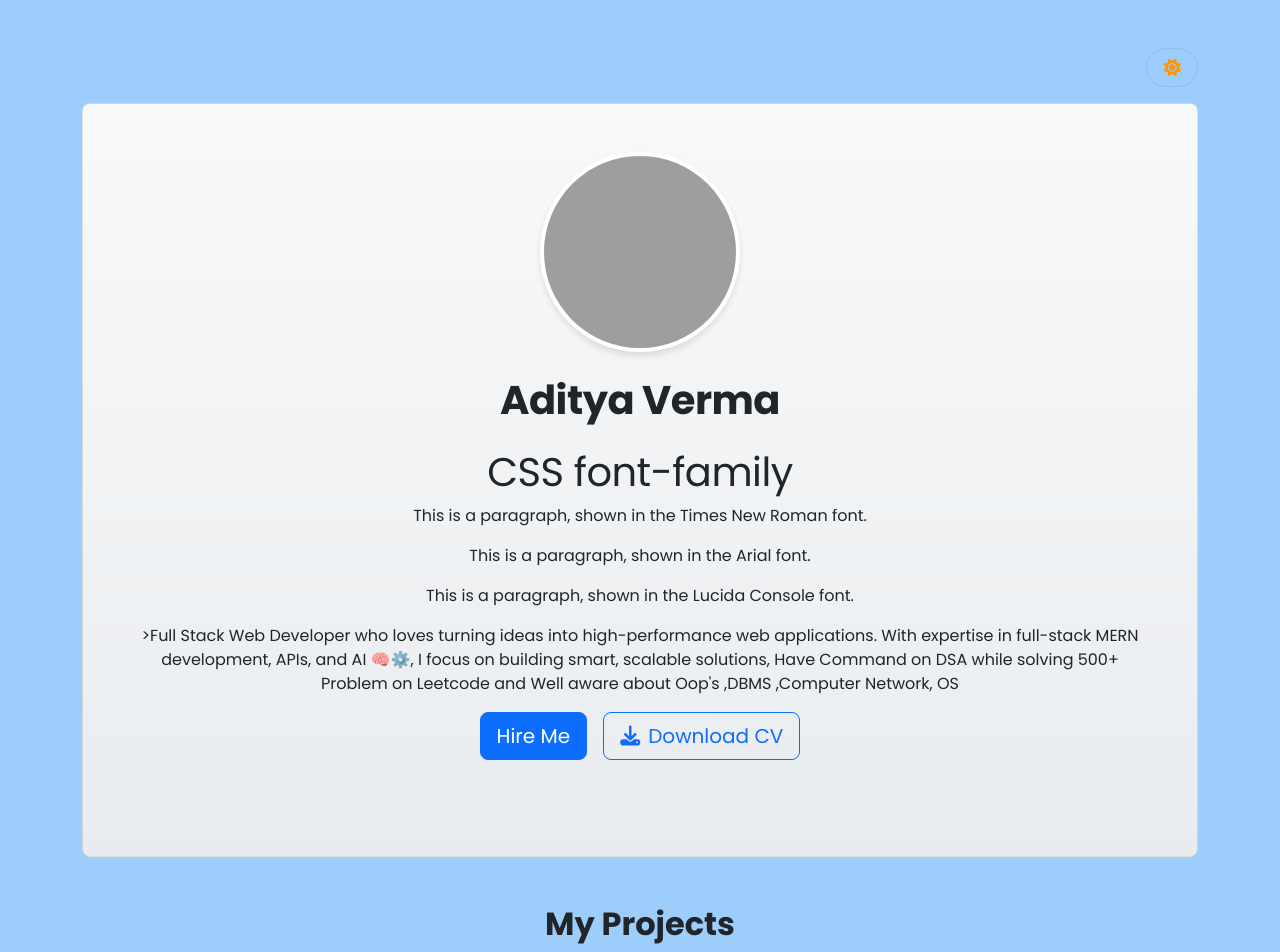
Repository: AdityaTech-Pro/Portfolio-Aditya-Verma
Page: Aditya Portfolio/index.html
An editor plug-in stored every save of this project. The page is shown before and after a run of saves, followed by the edit.
The browser window is 1280 px wide. The pictures show the part of the page from y = 0 to 952 px (the page is 5135 px tall before and 4959 px after).
Pictures or frames that could not be fetched are drawn as grey boxes.

Above is the page before, as saved 2026-01-07 23:18:46.

### Aditya Portfolio/index.html
<!DOCTYPE html>
<html lang="en">

<head>
    <meta charset="UTF-8">
    <meta name="viewport" content="width=device-width, initial-scale=1.0">
    <title>My Portfolio - Bootstrap Utilities</title>
    <!-- Bootstrap CSS -->
    <link href="https://cdn.jsdelivr.net/npm/bootstrap@5.3.2/dist/css/bootstrap.min.css" rel="stylesheet">
    <!-- Font Awesome for icons -->
    <link rel="stylesheet" href="https://cdnjs.cloudflare.com/ajax/libs/font-awesome/6.4.2/css/all.min.css">
    <!-- Google Font: Poppins -->
    <link href="https://fonts.googleapis.com/css2?family=Poppins:wght@300;400;600;700&display=swap" rel="stylesheet">
    <!-- Local custom styles -->
    <link rel="stylesheet" href="styles.css">
    <style>
        /* Custom styles to complement Bootstrap */

         :root {
            --bg: #9dcdfa;
            --card-bg: #ffffff;
            --accent: #0d6efd;
            --text: #212529;
        }

        body {
            background-color: var(--bg);
            color: var(--text);
            transition: background-color 0.3s ease, color 0.3s ease;
        }

        .profile-section {
            background: linear-gradient(to bottom, #f8f9fa, #e9ecef);
            transition: transform 0.3s ease, background 0.3s ease;
        }
        /* Top bar with theme toggle */

        .topbar {
            display: flex;
            justify-content: flex-end;
            align-items: center;
            gap: 1rem;
            margin-bottom: 1rem;
        }

        .theme-toggle {
            display: inline-flex;
            align-items: center;
            gap: 0.5rem;
            background: transparent;
            border: 1px solid rgba(0, 0, 0, 0.08);
            padding: 0.6rem 1rem;
            border-radius: 999px;
            cursor: pointer;
            color: var(--text);
            transition: all 0.3s ease;
        }

        .theme-toggle:hover {
            background: rgba(0, 0, 0, 0.05);
            transform: translateY(-1px);
        }

        .theme-toggle:active {
            transform: translateY(1px);
        }

        .theme-toggle i {
            font-size: 1.1rem;
        }

        .theme-toggle .fa-sun {
            color: #ff9500;
        }

        .theme-toggle .fa-moon {
            display: none;
            color: #6366f1;
        }

        .dark-theme .theme-toggle .fa-sun {
            display: none;
        }

        .dark-theme .theme-toggle .fa-moon {
            display: inline-block;
        }

        .btn-custom {
            transition: transform 0.3s ease;
        }

        .btn-custom:hover {
            transform: translateY(-2px);
        }

        .form-control:focus {
            box-shadow: 0 0 0 0.25rem rgba(13, 110, 253, 0.2);
        }

        .profile-img {
            width: 200px;
            height: 200px;
            object-fit: cover;
            border: 4px solid white;
            box-shadow: 0 4px 6px rgba(0, 0, 0, 0.1);
            transition: transform 0.25s ease;
        }

        .profile-img:hover {
            transform: scale(1.03);
        }
        /* Dark theme overrides */

        body.dark-theme {
            --bg: #0f1724;
            --card-bg: #111827;
            --muted: #9ca3af;
            --accent: #60a5fa;
            --text: #e6eef8;
        }

        .dark-theme .profile-section {
            background: linear-gradient(180deg, rgba(255, 255, 255, 0.02), rgba(255, 255, 255, 0.01));
        }

        .dark-theme .bg-light {
            background-color: #0b1220 !important;
            color: var(--text) !important;
            border: 1px solid rgba(255, 255, 255, 0.04);
        }

        .dark-theme .text-muted {
            color: var(--muted) !important;
        }

        .dark-theme .theme-toggle {
            border-color: rgba(255, 255, 255, 0.1);
        }

        .dark-theme .theme-toggle:hover {
            background: rgba(255, 255, 255, 0.05);
        }
        /* Small polish */

        .max-width-500 {
            max-width: 500px;
        }

        footer a {
            color: inherit;
        }

        @media (max-width: 768px) {
            .profile-img {
                width: 150px;
                height: 150px;
            }
            .topbar {
                justify-content: center;
            }
        }
        /* Project section styles */

        .project-img {
            height: 250px;
            object-fit: cover;
            border-radius: 8px;
        }

        .project-card {
            transition: transform 0.3s ease;
            background: var(--card-bg);
        }

        .project-card:hover {
            transform: translateY(-5px);
        }

        .project-links a {
            transition: opacity 0.3s ease;
        }

        .project-links a:hover {
            opacity: 0.8;
        }

        .video-container {
            position: relative;
            padding-bottom: 56.25%;
            /* 16:9 aspect ratio */
            height: 0;
            overflow: hidden;
            border-radius: 8px;
        }

        .video-container iframe {
            position: absolute;
            top: 0;
            left: 0;
            width: 100%;
            height: 100%;
            border: 0;
        }
    </style>
</head>

<body>
    <!-- Main Container -->
    <div class="container py-5">
        <!-- Top bar: theme toggle and quick actions -->
        <div class="topbar">
            <button id="themeToggle" class="theme-toggle" aria-pressed="false" aria-label="Toggle dark mode">
                <i class="fas fa-sun" aria-hidden="true"></i>
                <i class="fas fa-moon" aria-hidden="true"></i>
                <span class="visually-hidden">Toggle theme</span>
            </button>
        </div>
        <!-- Profile Section -->
        <section class="profile-section p-5 rounded-3 text-center mb-5">
            <img src="https://avatars.githubusercontent.com/u/219658559?s=400&u=7e5a78b2bf82817b3f897e4e53b1019b24af58ee&v=4" alt="Profile Picture" class="profile-img img-fluid rounded-circle mb-4">

            <h1 class="fw-bold mb-2">Aditya Verma</h1>
            <p class="text-muted fs-5 mb-4" <!DOCTYPE html>
                <html>

                <head>
                    <style>
                        .p1 {
                            font-family: &Times New Roman&, Times, serif;
                        }

                        .p2 {
                            font-family: Arial, Helvetica, sans-serif;
                        }

                        .p3 {
                            font-family: &Lucida Console&, &Courier New&, monospace;
                        }
                    </style>
                </head>

                <body>
                    <h1>CSS font-family</h1>
                    <p class=&p1&>This is a paragraph, shown in the Times New Roman font.</p>
                    <p class=&p2&>This is a paragraph, shown in the Arial font.</p>
                    <p class=&p3&>This is a paragraph, shown in the Lucida Console font.</p>
                </body>

                </html>>Full Stack Web Developer who loves turning ideas into high-performance web applications. With expertise in full-stack MERN development, APIs, and AI 🧠⚙️, I focus on building smart, scalable solutions, Have Command on DSA while solving
                500+ Problem on Leetcode and Well aware about Oop's ,DBMS ,Computer Network, OS</p>

            <!-- Action Buttons -->
            <div class="d-flex justify-content-center gap-3 mb-5">
                <button class="btn btn-primary btn-lg btn-custom">
                    Hire Me
                </button>
                <a href="./assets/Updated_Aditya_2Resume_by GLAFormat.pdf" class="btn btn-outline-primary btn-lg btn-custom" download>
                    <i class="fas fa-download me-2"></i>Download CV
                </a>
            </div>
        </section>

        <!-- Projects Section -->
        <section class="mb-5">
            <h2 class="text-center fw-bold mb-5"> My Projects</h2>

            <!--Project1-->
            <div class="card project-card mb-5">
                <div class="card-body p-4">
                    <h3 class="card-title fw-bold mb-3">AI-Based-Investor-Startup-Matchmaking-Platform</h3>

                    <!-- Project Images -->
                    <div class="row g-4 mb-4">
                        <div class="col-md-4">
                            <img src="./assets/P1a.png" alt="Project Screenshot 1" class="project-img img-fluid w-100">
                        </div>
                        <div class="col-md-4">
                            <img src="./assets/P1b.png" alt="Project Screenshot 2" class="project-img img-fluid w-100">
                        </div>
                        <div class="col-md-4">
                            <img src="./assets/P1c.png" alt="Project Screenshot 3" class="project-img img-fluid w-100">
                        </div>
                    </div>

                    <!-- Project Video -->
                    <div class="video-container mb-4">
                        <iframe src="./assets/Project (AI based S&IP).mp4" title="Project Demo " allow="accelerometer; autoplay; clipboard-write; encrypted-media; gyroscope; picture-in-picture " allowfullscreen></iframe>
                    </div>

                    <!-- Project Description -->
                    <p class="card-text mb-4 ">
                        An innovative platform that uses artificial intelligence to match investors with promising startups based on various parameters including industry focus, investment stage, funding requirements, and growth metrics.
                    </p>

                    <!-- Project Links -->
                    <div class="project-links d-flex gap-3 ">
                        <a href="http://localhost:3000 " class="btn btn-outline-primary " target="_blank ">
                            <i class="fas fa-laptop-code me-2 "></i>Live Demo
                        </a>
                        <a href="https://github.com/KS-Vijay/AI-Based-Investor-Startup-Matchmaking-Platform " class="btn btn-outline-dark " target="_blank ">
                            <i class="fab fa-github me-2 "></i>GitHub Repository
                        </a>
                    </div>
                </div>
            </div>

            <!--Project2-->
            <div class="card project-card mb-5 ">
                <div class="card-body p-4 ">
                    <h3 class="card-title fw-bold mb-3 ">Lung Cancer Detection using Convolutional Neural Network (CNN)</h3>

                    <!-- Project Images -->
                    <div class="row g-4 mb-4 ">
                        <div class="col-md-4 ">
                            <img src="./assets/P2a.png " alt="Project Screenshot 1 " class="project-img img-fluid w-100 ">
                        </div>
                        <div class="col-md-4 ">
                            <img src="./assets/P2b.png " alt="Project Screenshot 2 " class="project-img img-fluid w-100 ">
                        </div>
                        <div class="col-md-4 ">
                            <img src="./assets/P2c.png " alt="Project Screenshot 3 " class="project-img img-fluid w-100 ">
                        </div>
                    </div>

                    <!-- Project Video -->
                    <div class="video-container mb-4 ">
                        <iframe src="./assets/Project Lung Cancer Detection using Full Stack MERN and AIML CNN Model.mp4 " title="Project Demo " allow="accelerometer; autoplay; clipboard-write; encrypted-media; gyroscope; picture-in-picture " allowfullscreen></iframe>
                    </div>

                    <!-- Project Description -->
                    <p class="card-text mb-4 ">
                        An innovative platform that uses artificial intelligence to match investors with promising startups based on various parameters including industry focus, investment stage, funding requirements, and growth metrics.
                    </p>

                    <!-- Project Links -->
                    <div class="project-links d-flex gap-3 ">
                        <a href="http://localhost:3000 " class="btn btn-outline-primary " target="_blank ">
                            <i class="fas fa-laptop-code me-2 "></i>Live Demo
                        </a>
                        <a href="https://github.com/AdityaTech-Pro/Lung-Cancer-Detection-using-Convolutional-Neural-Network" class="btn btn-outline-dark " target="_blank ">
                            <i class="fab fa-github me-2 "></i>GitHub Repository
                        </a>
                    </div>
                </div>
            </div>

            <!--Project3-->
            <div class="card project-card mb-5 ">
                <div class="card-body p-4 ">
                    <h3 class="card-title fw-bold mb-3 ">Braj Museum</h3>

                    <!-- Project Images -->
                    <div class="row g-4 mb-4 ">
                        <div class="col-md-4 ">
                            <img src="./assets/P3a.png " alt="Project Screenshot 1 " class="project-img img-fluid w-100 ">
                        </div>
                        <div class="col-md-4 ">
                            <img src="./assets/P3b.png " alt="Project Screenshot 2 " class="project-img img-fluid w-100 ">
                        </div>
                        <div class="col-md-4 ">
                            <img src="./assets/P3c.png " alt="Project Screenshot 3 " class="project-img img-fluid w-100 ">
                        </div>
                    </div>

                    <!-- Project Video -->
                    <div class="video-container mb-4 ">
                        <iframe src="./assets/Braj-Museum.mp4 " title="Project Demo " allow="accelerometer; autoplay; clipboard-write; encrypted-media; gyroscope; picture-in-picture " allowfullscreen></iframe>
                    </div>

                    <!-- Project Description -->
                    <p class="card-text mb-4 ">
                        An innovative platform that uses artificial intelligence to match investors with promising startups based on various parameters including industry focus, investment stage, funding requirements, and growth metrics.
                    </p>

                    <!-- Project Links -->
                    <div class="project-links d-flex gap-3 ">
                        <a href="http://localhost:3000 " class="btn btn-outline-primary " target="_blank ">
                            <i class="fas fa-laptop-code me-2 "></i>Live Demo
                        </a>
                        <a href="https://github.com/AdityaTech-Pro/Braj-Museum " class="btn btn-outline-dark " target="_blank ">
                            <i class="fab fa-github me-2 "></i>GitHub Repository
                        </a>
                    </div>
                </div>
            </div>
        </section>

        <!-- Contact Form Section -->
        <section class="bg-light p-5 rounded-3 ">
            <h2 class="text-center fw-bold mb-4 ">Get in Touch</h2>

            <form class="max-width-500 mx-auto ">
                <div class="mb-3 ">
                    <input type="text " class="form-control form-control-lg " placeholder="Your Name " required>
                </div>

                <div class="mb-3 ">
                    <input type="email " class="form-control form-control-lg " placeholder="Your Email " required>
                </div>

                <div class="mb-4 ">
                    <textarea class="form-control form-control-lg " rows="4 " placeholder="Your Message " required></textarea>
                </div>

                <div class="text-center ">
                    <button type="submit " class="btn btn-primary btn-lg px-5 btn-custom ">
                        Send Message
                    </button>
                </div>
            </form>
        </section>

        <!-- Footer -->
        <footer class="text-center mt-5 ">
            <div class="d-flex justify-content-center gap-3 ">
                <a href="https://www.linkedin.com/in/aditya-verma-2a3915289/ " class="text-decoration-none text-dark ">LinkedIn</a>
                <a href="https://github.com/AdityaTech-Pro " class="text-decoration-none text-dark ">GitHub</a>
                <a href="# " class="text-decoration-none text-dark "></a>
            </div>
            <p class="text-muted mt-3 ">&copy; 2025 My Portfolio. All rights reserved.</p>
        </footer>
    </div>

    <!-- Theme toggle script -->
    <script>
        (function() {
            const toggle = document.getElementById('themeToggle');
            const body = document.body;
            const saved = localStorage.getItem('theme');

            function applyTheme(theme) {
                if (theme === 'dark') {
                    body.classList.add('dark-theme');
                    toggle.setAttribute('aria-pressed', 'true');
                } else {
                    body.classList.remove('dark-theme');
                    toggle.setAttribute('aria-pressed', 'false');
                }
            }

            // initial theme: saved -> user preference -> light
            if (saved) {
                applyTheme(saved);
            } else if (window.matchMedia && window.matchMedia('(prefers-color-scheme: dark)').matches) {
                applyTheme('dark');
            }

            toggle.addEventListener('click', function() {
                const isDark = body.classList.toggle('dark-theme');
                localStorage.setItem('theme', isDark ? 'dark' : 'light');
                toggle.setAttribute('aria-pressed', String(isDark));
            });
        })();
    </script>

    <!-- Bootstrap JS -->
    <script src="https://cdn.jsdelivr.net/npm/bootstrap@5.3.2/dist/js/bootstrap.bundle.min.js "></script>
</body>

</html>

Loaded but not shown: Aditya Portfolio/styles.css (213 lines, source omitted)

After the next 2 saves:
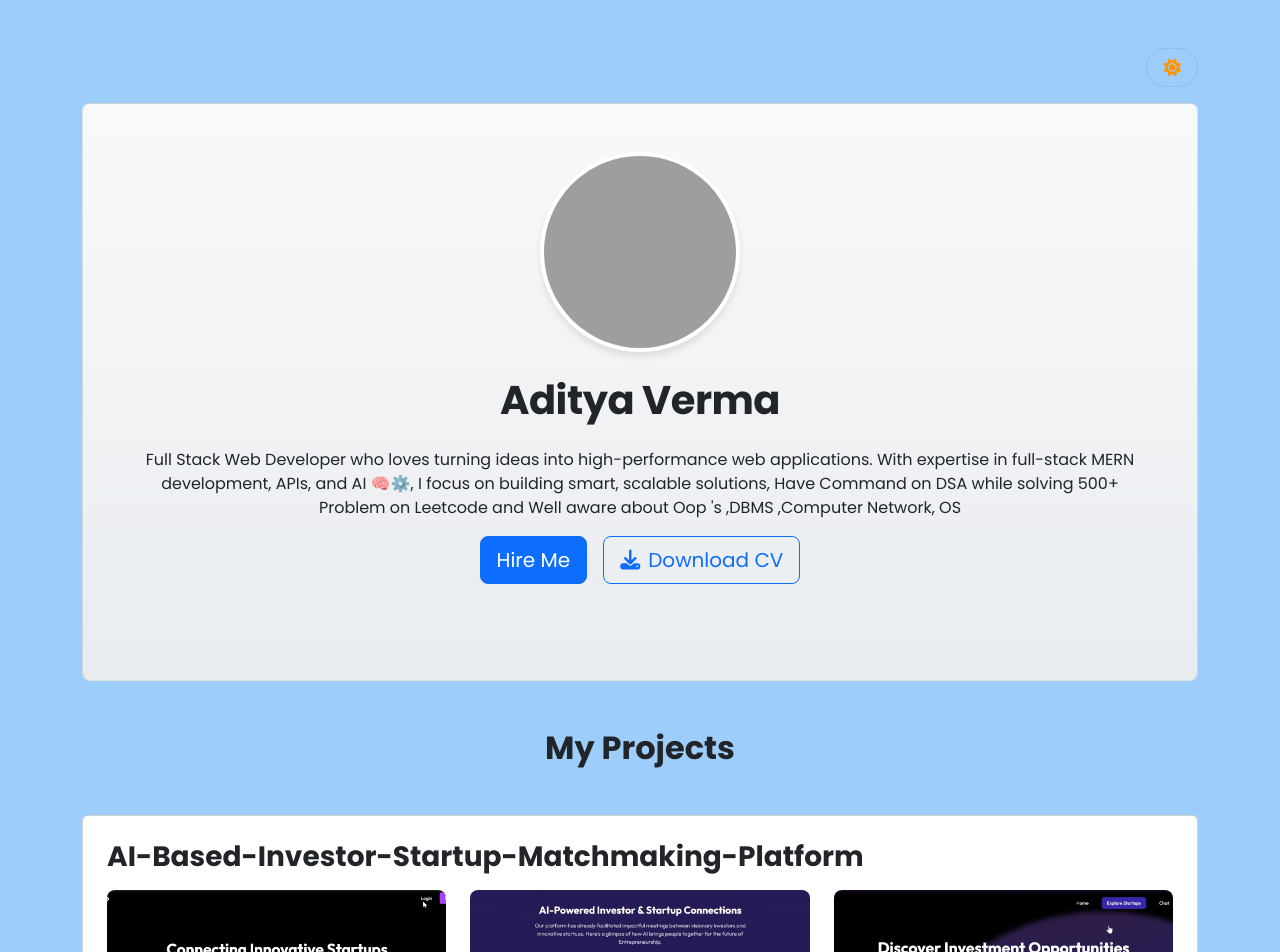
Console error: TypeError: Cannot read properties of null (reading 'addEventListener')
The 2 saves are shown as one change because they came seconds apart.
The last was saved 105 s later.
--- a/Aditya Portfolio/index.html
+++ b/Aditya Portfolio/index.html
@@ -221,34 +221,8 @@
             <img src="https://avatars.githubusercontent.com/u/219658559?s=400&u=7e5a78b2bf82817b3f897e4e53b1019b24af58ee&v=4" alt="Profile Picture" class="profile-img img-fluid rounded-circle mb-4">
 
             <h1 class="fw-bold mb-2">Aditya Verma</h1>
-            <p class="text-muted fs-5 mb-4" <!DOCTYPE html>
-                <html>
-
-                <head>
-                    <style>
-                        .p1 {
-                            font-family: &Times New Roman&, Times, serif;
-                        }
-
-                        .p2 {
-                            font-family: Arial, Helvetica, sans-serif;
-                        }
-
-                        .p3 {
-                            font-family: &Lucida Console&, &Courier New&, monospace;
-                        }
-                    </style>
-                </head>
-
-                <body>
-                    <h1>CSS font-family</h1>
-                    <p class=&p1&>This is a paragraph, shown in the Times New Roman font.</p>
-                    <p class=&p2&>This is a paragraph, shown in the Arial font.</p>
-                    <p class=&p3&>This is a paragraph, shown in the Lucida Console font.</p>
-                </body>
-
-                </html>>Full Stack Web Developer who loves turning ideas into high-performance web applications. With expertise in full-stack MERN development, APIs, and AI 🧠⚙️, I focus on building smart, scalable solutions, Have Command on DSA while solving
-                500+ Problem on Leetcode and Well aware about Oop's ,DBMS ,Computer Network, OS</p>
+            <p class="text-muted fs-5 mb-4"></p>Full Stack Web Developer who loves turning ideas into high-performance web applications. With expertise in full-stack MERN development, APIs, and AI 🧠⚙️, I focus on building smart, scalable solutions, Have Command on DSA while solving
+            500+ Problem on Leetcode and Well aware about Oop 's ,DBMS ,Computer Network, OS</p>
 
             <!-- Action Buttons -->
             <div class="d-flex justify-content-center gap-3 mb-5">
@@ -425,31 +399,31 @@
     <!-- Theme toggle script -->
     <script>
         (function() {
-            const toggle = document.getElementById('themeToggle');
+            const toggle = document.getElementById('themeToggle ');
             const body = document.body;
-            const saved = localStorage.getItem('theme');
+            const saved = localStorage.getItem('theme ');
 
             function applyTheme(theme) {
-                if (theme === 'dark') {
-                    body.classList.add('dark-theme');
-                    toggle.setAttribute('aria-pressed', 'true');
+                if (theme === 'dark ') {
+                    body.classList.add('dark-theme ');
+                    toggle.setAttribute('aria-pressed ', 'true ');
                 } else {
-                    body.classList.remove('dark-theme');
-                    toggle.setAttribute('aria-pressed', 'false');
+                    body.classList.remove('dark-theme ');
+                    toggle.setAttribute('aria-pressed ', 'false ');
                 }
             }
 
             // initial theme: saved -> user preference -> light
             if (saved) {
                 applyTheme(saved);
-            } else if (window.matchMedia && window.matchMedia('(prefers-color-scheme: dark)').matches) {
-                applyTheme('dark');
+            } else if (window.matchMedia && window.matchMedia('(prefers-color-scheme: dark) ').matches) {
+                applyTheme('dark ');
             }
 
-            toggle.addEventListener('click', function() {
-                const isDark = body.classList.toggle('dark-theme');
-                localStorage.setItem('theme', isDark ? 'dark' : 'light');
-                toggle.setAttribute('aria-pressed', String(isDark));
+            toggle.addEventListener('click ', function() {
+                const isDark = body.classList.toggle('dark-theme ');
+                localStorage.setItem('theme ', isDark ? 'dark ' : 'light ');
+                toggle.setAttribute('aria-pressed ', String(isDark));
             });
         })();
     </script>
